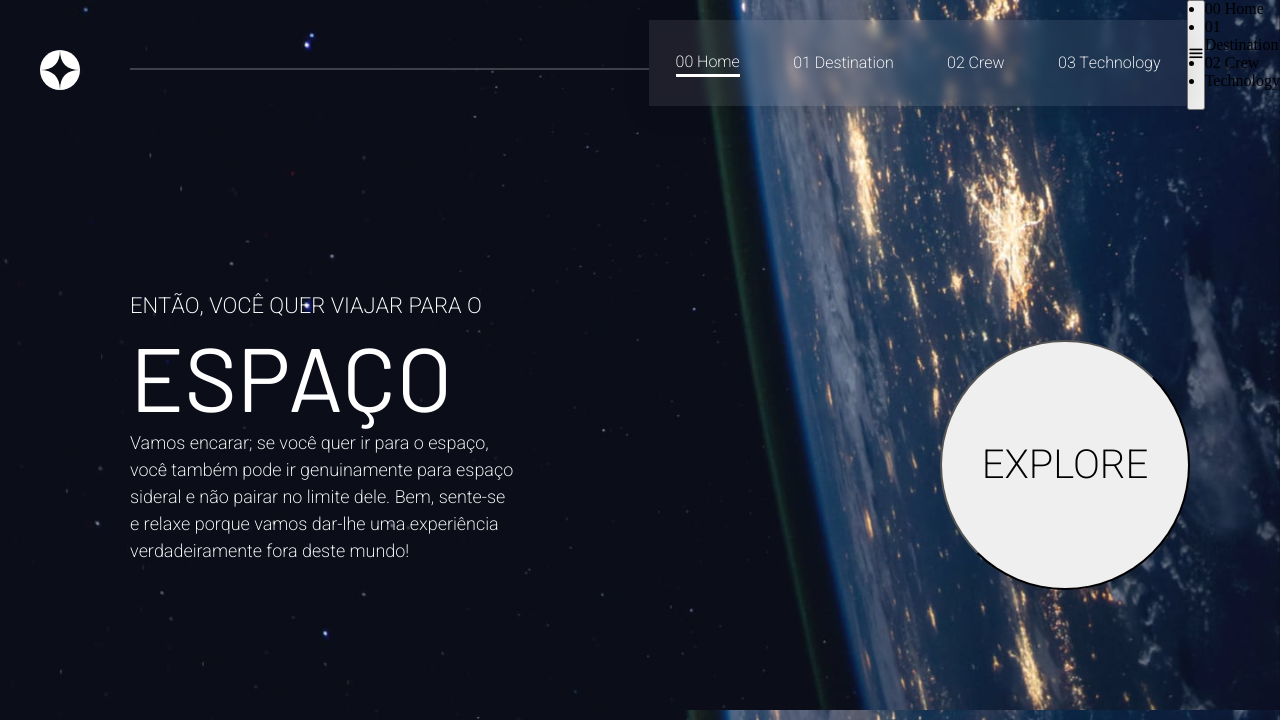
Repository: Leonngc/space-site
Page: space-tourism-website-main/space-tourism-website-main/starter-code/index.html
An editor plug-in stored every save of this project. The page is shown before and after a run of saves, followed by the edit.
The browser window is 1280 px wide. The pictures show the whole page.
Some web libraries are served in a nearby version.

Above is the page before, as saved 2023-04-29 16:13:18.

After the next 2 saves:
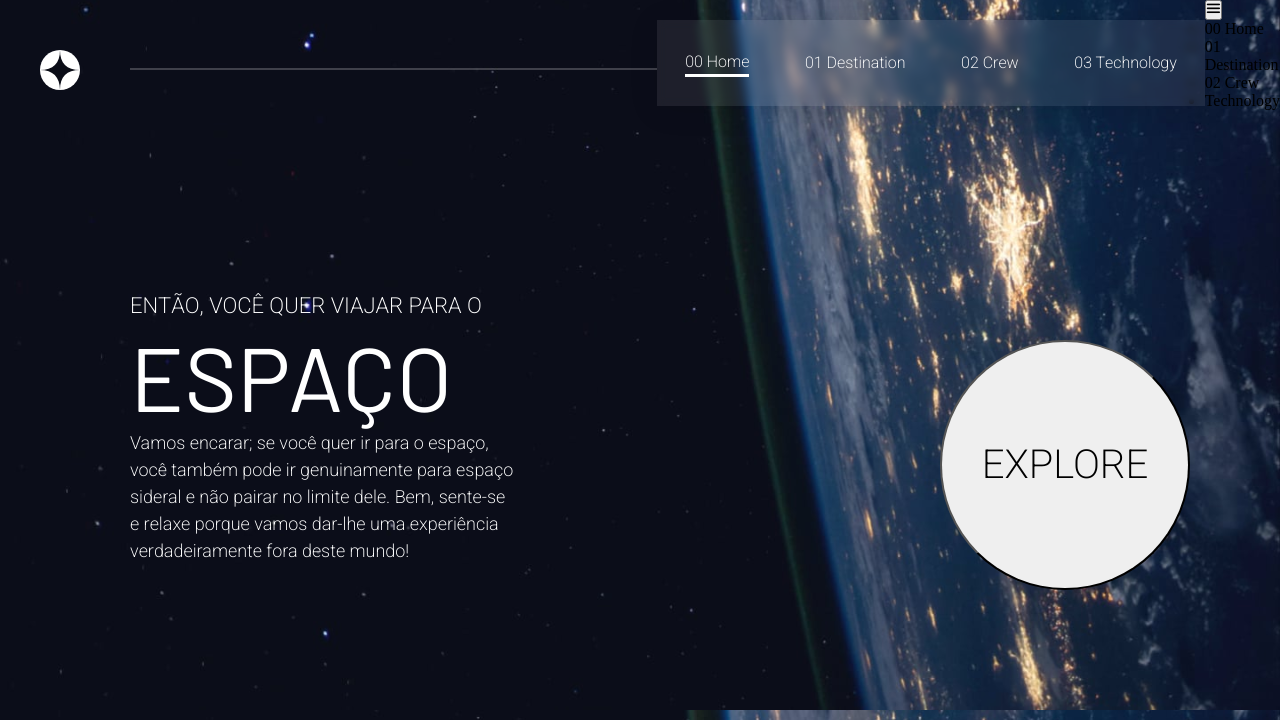
The 2 saves are shown as one change because they came seconds apart.
The last was saved 3 min 28 s later.
--- a/space-tourism-website-main/space-tourism-website-main/starter-code/index.html
+++ b/space-tourism-website-main/space-tourism-website-main/starter-code/index.html
@@ -23,9 +23,10 @@
     <li class="item-menu"><a href="#">03 Technology</a></li>
     </ul>
 
-    <button class="burguer-button"><i class="fi fi-br-menu-burger"></i></button>
+
 
     <ul class="menu-mobile">
+      <button class="burguer-button"><i class="fi fi-br-menu-burger"></i></button>
       <li class="item-menu-mobile">00 Home</li>
       <li class="item-menu-mobile">01 Destination</li>
       <li class="item-menu-mobile">02 Crew</li>
